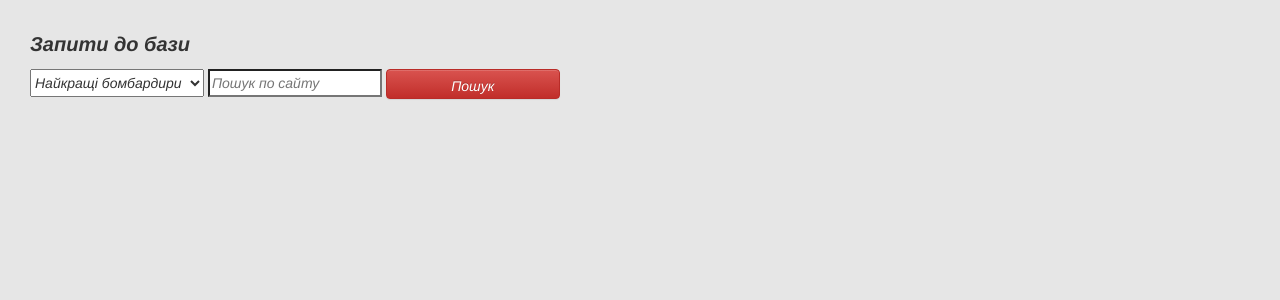
Repository: polik1996/StatisticManager
Page: StatisticsManager/WebContent/queryForPlayer.html
These files come from the project's save history. The page is drawn as it stood at one moment and after the next save; the edit follows.
The browser window is 1280 px wide. The pictures show the whole page.

Above is the page before, as saved 2016-06-15 07:43:12.
Console error (its wording comes from the project's code and is left out).

After the next save:
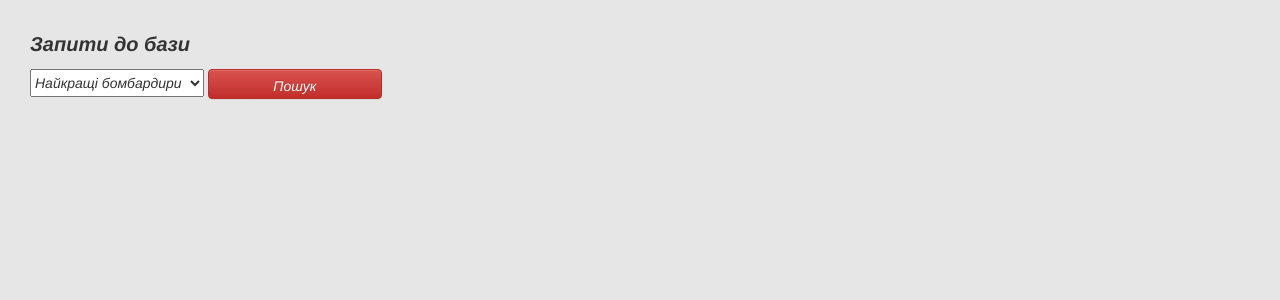
Saved 17 s later.
--- a/StatisticsManager/WebContent/queryForPlayer.html
+++ b/StatisticsManager/WebContent/queryForPlayer.html
@@ -33,8 +33,6 @@
 		<td><option value = "mostAssist">Найкращі асистенти</td>
 		<td><option value = "minsOnMatch">Найбільший час на полі</td>
 		</select>
-		<td><input type="search" name="q" placeholder="Пошук по сайту" style="width:174Px;height:28px"
-						></td>
 		<td><input button class="btn btn-danger" type="submit" style="width:174Px;height:30px"
 						value="Пошук "></td>
 						</tr>
